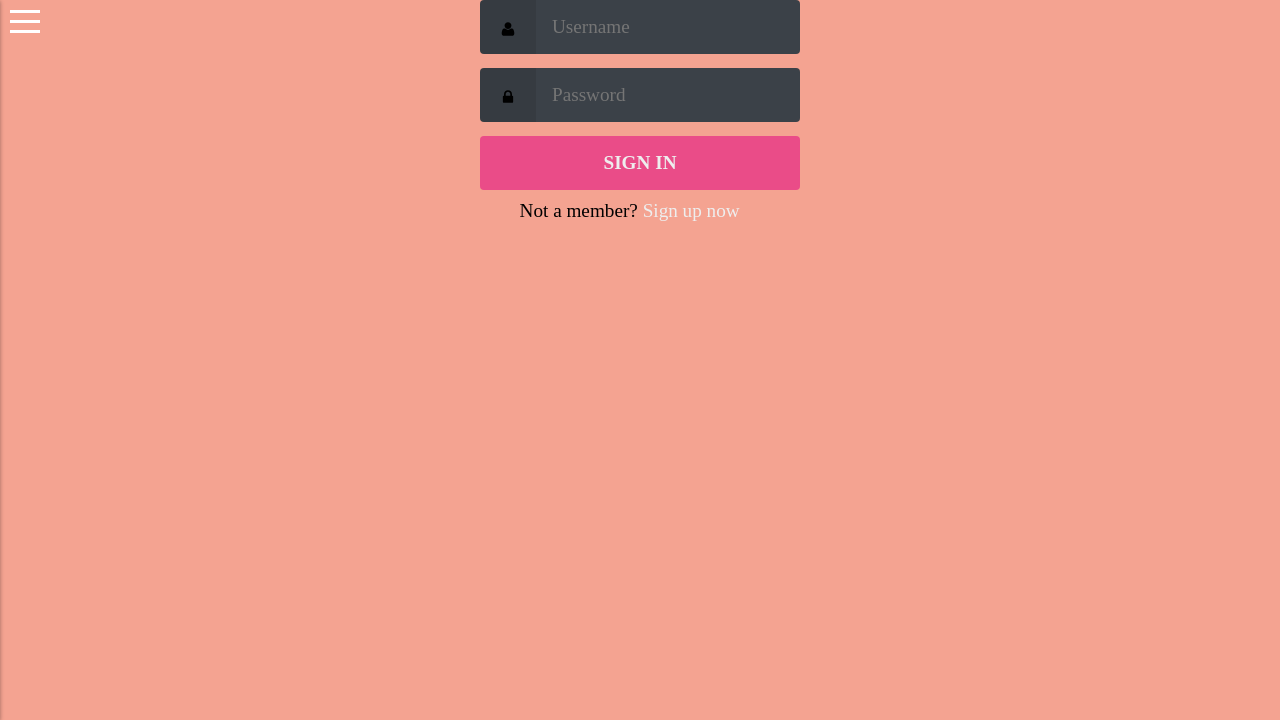
Repository: se-yoo/ChangeSeat
Page: http://localhost/ChangeSeat/signUp.jsp
An editor plug-in stored every save of this project. The page is shown before and after the next save, followed by the edit.
The browser window is 1280 px wide. The pictures show the whole page.
Some web fonts or font styles are not loaded; a fallback is used. Some web libraries are served in a nearby version. The page is served by Tomcat 9.

Above is the page before, as saved 2018-06-25 09:30:12.

After the next save:
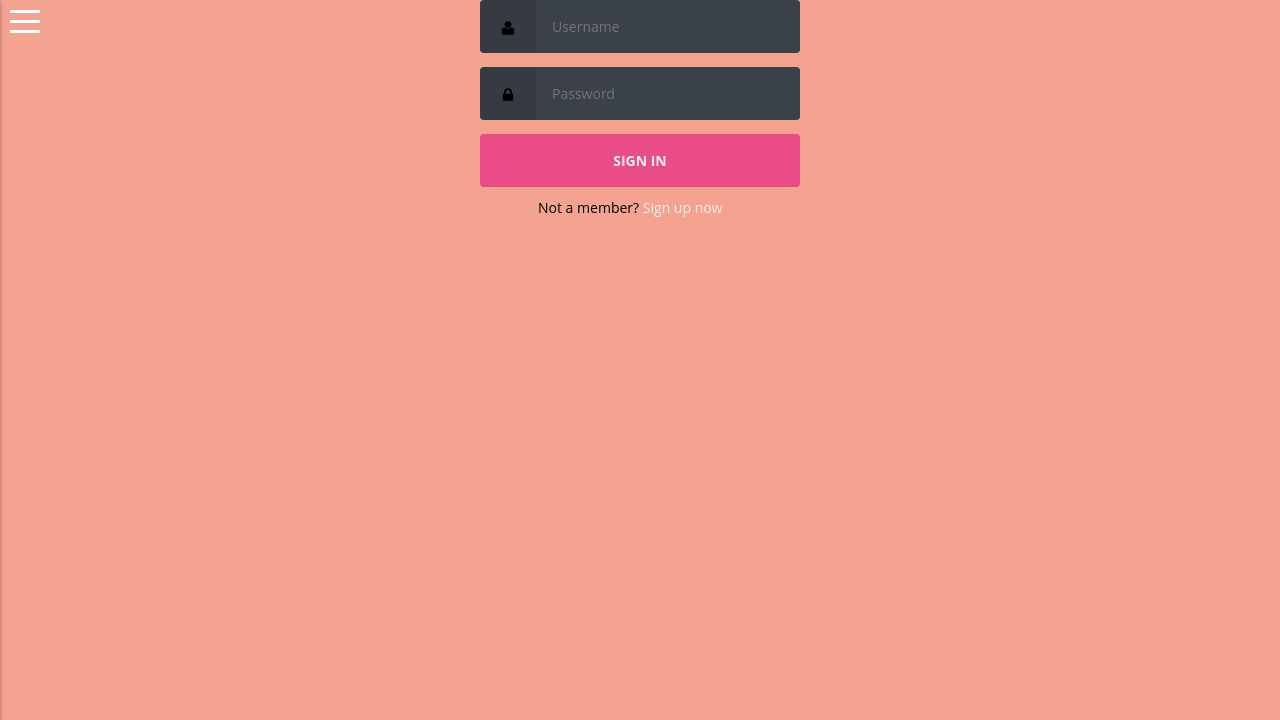
Saved 10 s later.
--- a/ChangeSeat/WebContent/loginStyle.css
+++ b/ChangeSeat/WebContent/loginStyle.css
@@ -10,6 +10,14 @@
 body{
 	text-align:center;
 	font-size:1.2em;
+  color: var(--bodyColor);
+  font-family: var(--bodyFontFamily), var(--bodyFontFamilyFallback);
+  font-size: var(--bodyFontSize);
+  font-weight: var(--bodyFontWeight);
+  height: 100%;
+  line-height: var(--bodyLineHeight);
+  margin: 0;
+  min-height: 100vh;
 }
 
 :root {
